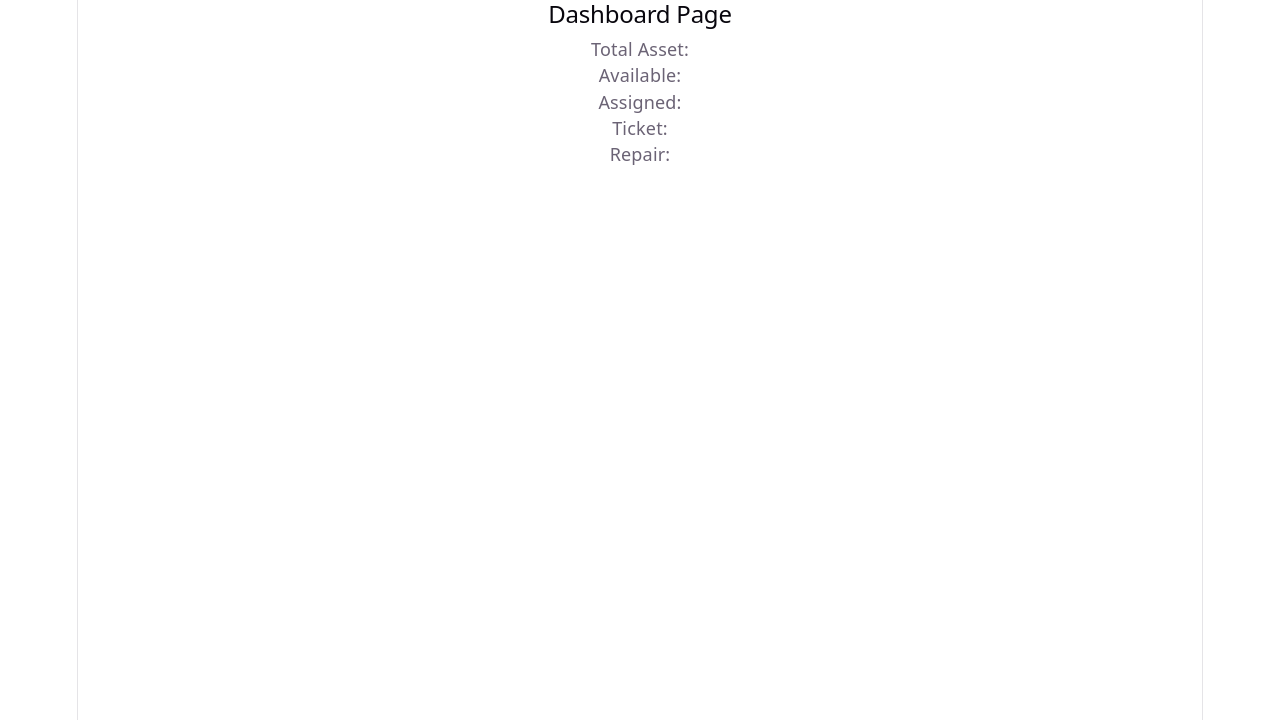
Repository: Abhiraju-RK/Business-full
Page: /dashboard (app in frondend/)
These files come from the project's save history. The page is drawn as it stood at one moment and after the next save; the edit follows.
The browser window is 1280 px wide. The pictures show the whole page.
The page's requests for data from a server got no answer. The project was rebuilt for these pictures with package versions that can differ from the ones it lists, and the page was loaded fresh each time. No one was signed in, and anything a server would have sent is missing. Also part of the build but not shown: frondend/vite.config.js, frondend/src/pages/login.jsx, frondend/src/pages/Assets.jsx.

Above is the page before, as saved 2026-04-04 15:07:46.

After the next save:
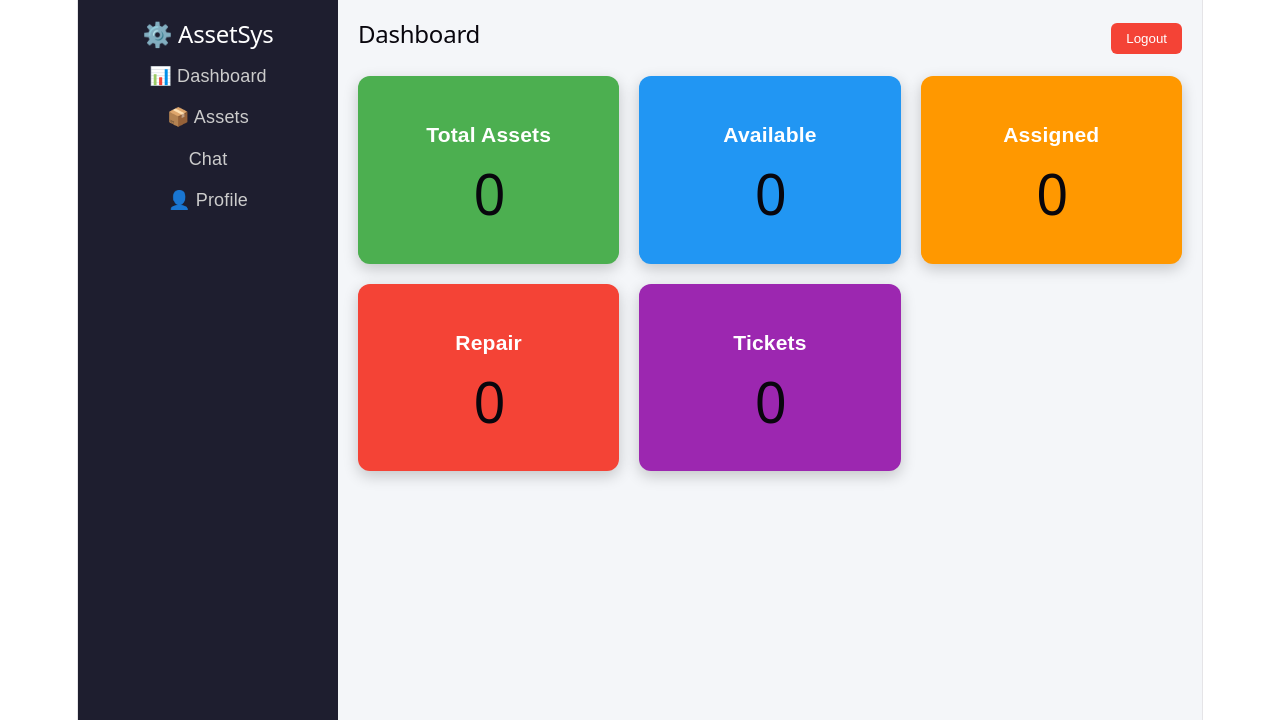
Saved 4 min 1 s later.
--- a/frondend/src/App.jsx
+++ b/frondend/src/App.jsx
@@ -1,6 +1,6 @@
 import { BrowserRouter, Routes, Route } from "react-router-dom";
 import Login from "./pages/login";
-import Dashboard from "./pages/dashboard";
+import Dashboard from "./pages/Dashboard";
 import Assets from "./pages/assets";
 
 export default function App() {
